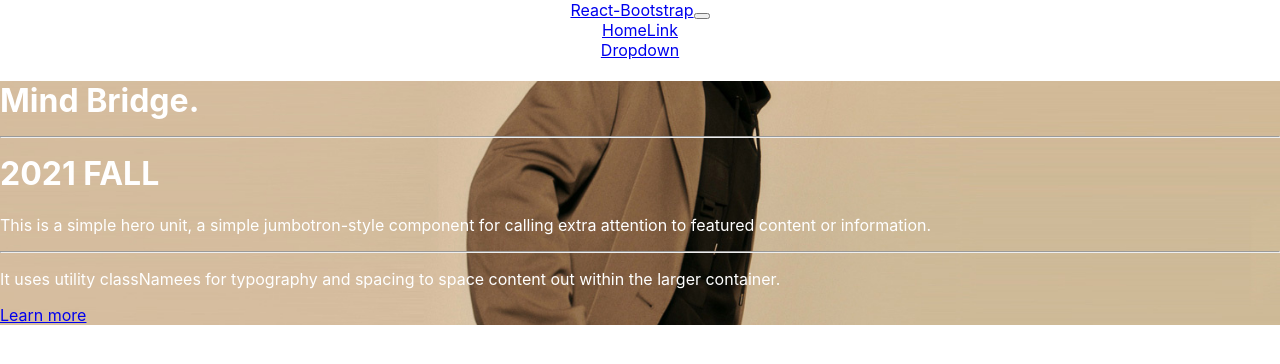
Repository: eunsuneun/react-shop
Page: /
An editor plug-in stored every save of this project. The page is shown before and after the next save, followed by the edit.
The browser window is 1280 px wide. The pictures show the whole page.
The project was rebuilt for these pictures with package versions that can differ from the ones it lists, and the page was loaded fresh each time.

Above is the page before, as saved 2021-08-25 20:21:50.

After the next save:
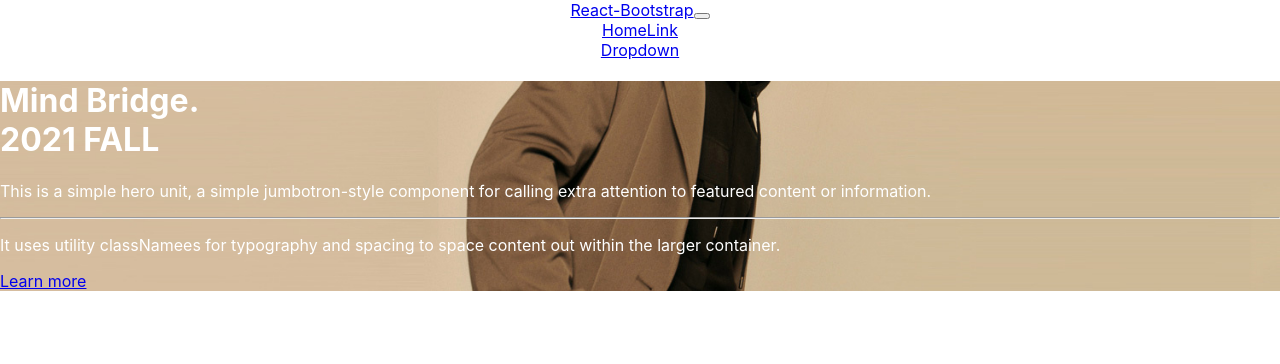
Saved 12 s later.
--- a/src/App.js
+++ b/src/App.js
@@ -33,7 +33,7 @@ function App() {
       </Navbar>
       <div className='jumbotron visual'>
         <h1 className='display-4'>
-          Mind Bridge. <hr />
+          Mind Bridge. <br />
           2021 FALL
         </h1>
         <p className='lead'>
